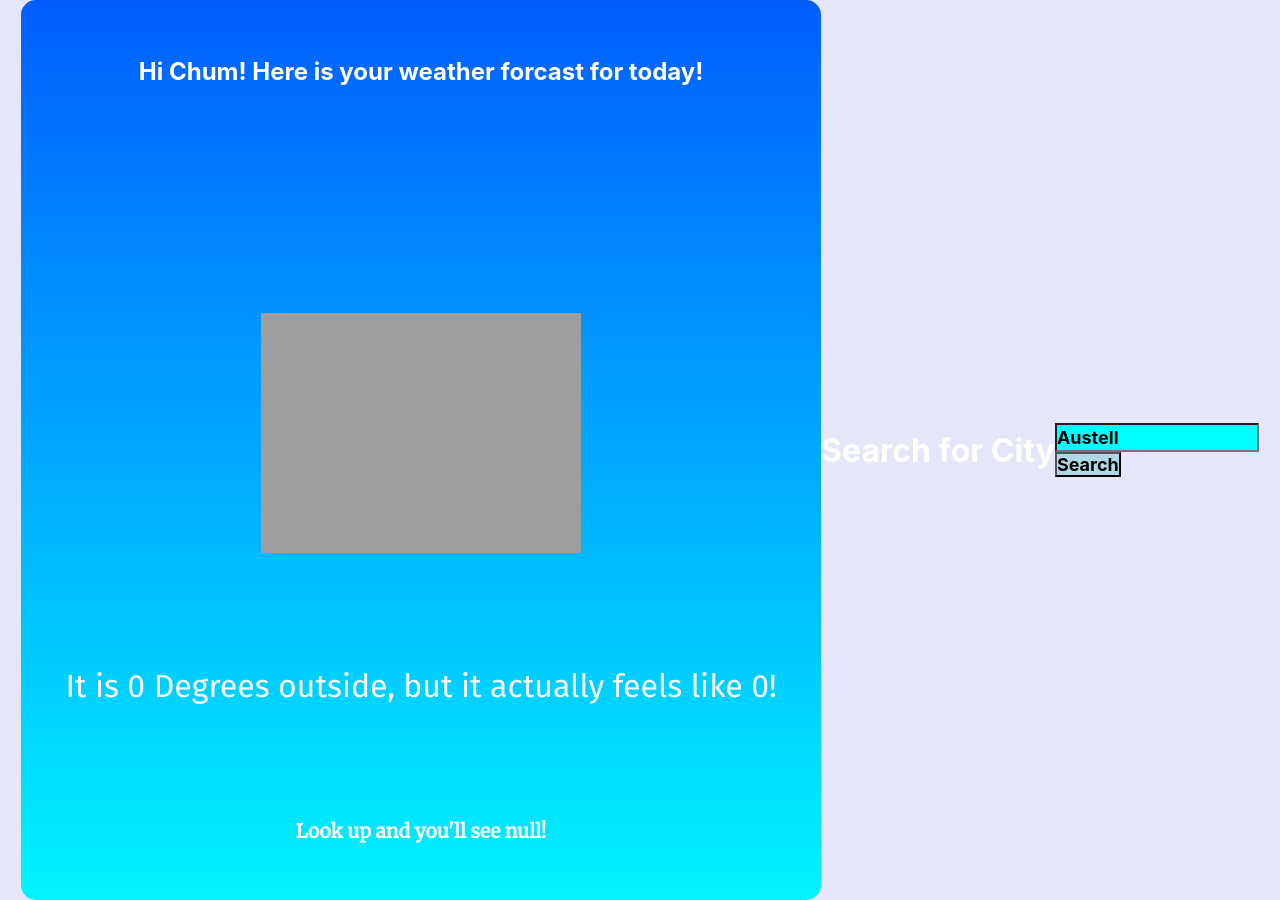
Repository: sayrilamar/chumsweatherapp
Page: /
The author's editor kept a copy of each file at every save. The page is drawn from the files as they stood at one save, then again after the next save.
The browser window is 1280 px wide. The pictures show the whole page.
Pictures or frames that could not be fetched are drawn as grey boxes. The page's requests for data from a server got no answer. The project was rebuilt for these pictures with package versions that can differ from the ones it lists, and the page was loaded fresh each time. No one was signed in, and anything a server would have sent is missing.

Above is the page before, as saved 2020-04-19 09:10:58.

### src/index.css
* {
  margin: 0;
  padding: 0;
  font-family: -apple-system, BlinkMacSystemFont, 'Segoe UI', 'Roboto', 'Oxygen',
    'Ubuntu', 'Cantarell', 'Fira Sans', 'Droid Sans', 'Helvetica Neue',
    sans-serif;
  -webkit-font-smoothing: antialiased;
  -moz-osx-font-smoothing: grayscale;
}

body {
  background: lavender
}

### src/App.js
import React, {useState, useEffect} from "react";
import "./App.css";
import WeatherCard from "./components/WeatherCard/component.js";

function App() {
  const [query,
    setQuery] = useState("Austell");
  const [weather,
    setWeather] = useState({
    temp: null,
    city: null,
    condition: null,
    country: null,
    description: null,
    feels_like: null
  });

  const data = async q => {
    const apiRes = await fetch(`http://api.openweathermap.org/data/2.5/weather?q=${q}&units=imperial&APPID=ab0ef440364092f54ff821ca2b803163`);
    const resJSON = await apiRes.json();
    return resJSON;
  };

  const handleSearch = e => {
    data(query).then(res => console.log(res));
    e.preventDefault();
    data(query).then(res => {
      setWeather({
        temp: res.main.temp,
        city: res.name,
        condition: res.weather[0].main,
        country: res.sys.country,
        description: res.weather[0].description,
        feels_like: res.main.feels_like
      });
    });
  };

  // runs once the dom is loaded for the first time only, because there is no
  // variable being watched in the dependency array
  useEffect(() => {
    data(query).then(res => {
      setWeather({
        temp: res.main.temp,
        city: res.name,
        condition: res.weather[0].main,
        country: res.sys.country,
        description: res.weather[0].description,
        feels_like: res.main.feels_like
      });
    });
  }, []);

  return (
    <div className="App">
      <div>
        <WeatherCard
          temp={Math.round(weather.temp)}
          condition={weather.condition}
          city={weather.city}
          state={weather.country}
          description={weather.description}
          feels_like={Math.round(weather.feels_like)}/>
      </div>
      <h1>Search for City</h1>
      <form>
        <div>
          <input
            className="input"
            value={query}
            onChange={e => setQuery(e.target.value)}/>
        </div>
        <div>
          <button className="button" onClick={e => handleSearch(e)}>
            Search
          </button>
        </div>
      </form>
    </div>
  );
}

export default App;

### src/App.css
@import url("https://fonts.googleapis.com/css?family=Merriweather|Fira+Sans&display=swap");


.App {
  margin: 0 auto;
  color: white;
  display: flex;
  justify-content: center;
  align-items: center;
}


h1 {
  font-weight: bold;
}

.input {
  background-color: aqua;
  font-weight: bold;
  height: 25px;
  width: 200px;
  font-size: large;
}

.button {
  height: fit-content;
  font-size: large;
  font-weight: bold;
  background-color: lightblue
}

### src/components/WeatherCard/component.js
import React from "react";
import styled from "@emotion/styled";
import Location from "./Location";
import Icon from "./Icon";
import Condition from "./Condition";

const WeatherCard = ({
    temp,
    condition,
    city,
    state,
    description,
    feels_like
}) => {
    let highColor = 0;
    let lowColor = 0;
    let bg = null;

    if (temp > 53.6) {
        highColor = (1 - (temp - 53.6) / 50.4) * 255;
        lowColor = highColor - 150;
        bg = `linear-gradient(
            to top,
            rgb(255, ${highColor}, 0),
            rgb(255, ${lowColor}, 0)
          )`;
    } else if (temp <= 53.6) {
        highColor = (1 - (temp + 4) / 89) * 255;
        lowColor = highColor - 150;
        bg = `linear-gradient(
            to top,
            rgb(0, ${highColor}, 255),
            rgb(0, ${lowColor}, 255)
          )`;
    }

    const Card = styled.div `
    margin: 0 auto;
    background: ${bg};
    width: 800px;
    height: 900px;
    display: flex;
    flex-direction: column;
    justify-content: space-around;
    align-items: center;
    border-radius: 15px;
  `;

    return (
        <Card>
            <h2>Hi Chum! Here is your weather forcast for today!</h2>
            <Location city={city} state={state}/>
            <Icon condition={condition}/>
            <Condition
                temp={temp}
                condition={condition}
                description={description}
                feels_like={feels_like}/>
        </Card>
    );
};

export default WeatherCard;

### src/components/WeatherCard/Location.js
import React from "react";
import styled from "@emotion/styled";

const Location = ({city, state}) => {
  const Container = styled.div `
    text-align: center;
  `;

  const City = styled.h1 `
    font-family: "Merriweather", sans-serif;
    font-size: 1.6rem;
  `;

  const Country = styled.h3 `
    font-family: "Fira Sans", sans-serif;
    font-size: 1.1rem;
  `;

  return (
    <Container>
      <City>{city}</City>
      <Country>{state}</Country>
    </Container>
  );
};

export default Location;

### src/components/WeatherCard/Icon.js
import React from "react";
import styled from "@emotion/styled";

// https://openweathermap.org/weather-conditions
const Icon = ({condition}) => {
  let icon;
  switch (condition) {
    case "Clouds":
      icon = `02d@2x`;
      break;
    case "Clear":
      icon = `01d@2x`;
      break;
    case "Haze":
      icon = `50d@2x`;
      break;
    case "Fog":
      icon = `50d@2x`;
      break;
    case "Tornado":
      icon = `50d@2x`;
      break;
    case "Dust":
      icon = `50d@2x`;
      break;
    case "Mist":
      icon = `50d@2x`;
      break;
    case "Snow":
      icon = `13d@2x`;
      break;
    case "Rain":
      icon = `10d@2x`;
      break;
    case "Drizzle":
      icon = `11d@2x`;
      break;
    case "Thunderstorm":
      icon = `11d@2x`;
      break;
    default:
      icon = ``;
      break;
  }

  const Icon = styled.img `
    width: 40%;
  `;

  return (<Icon src={`http://openweathermap.org/img/wn/${icon}.png`} alt="Weather Icon"/>);
};

export default Icon;

### src/components/WeatherCard/Condition.js
import React, {Fragment} from "react";
import styled from "@emotion/styled";

const Condition = ({temp, condition, description, feels_like}) => {
  const Temp = styled.h1 `
    font-family: "Fira Sans", sans-serif;
    font-size: 2rem;
    font-weight: 200;
  `;

  const State = styled.h3 `
    font-family: "Merriweather", sans-serif;
    font-size: 1.2rem;
  `;

  return (
    <Fragment>
      <Temp>
        It is {temp + " "}
        Degrees outside, but it actually feels like {feels_like}!
      </Temp>
      <State>{"Look up and you'll see " + description + "!"}</State>
    </Fragment>
  );
};

export default Condition;

Loaded but not shown: public/index.html (common file); src/index.js (common file); src/serviceWorker.js (common file)

After the next save:
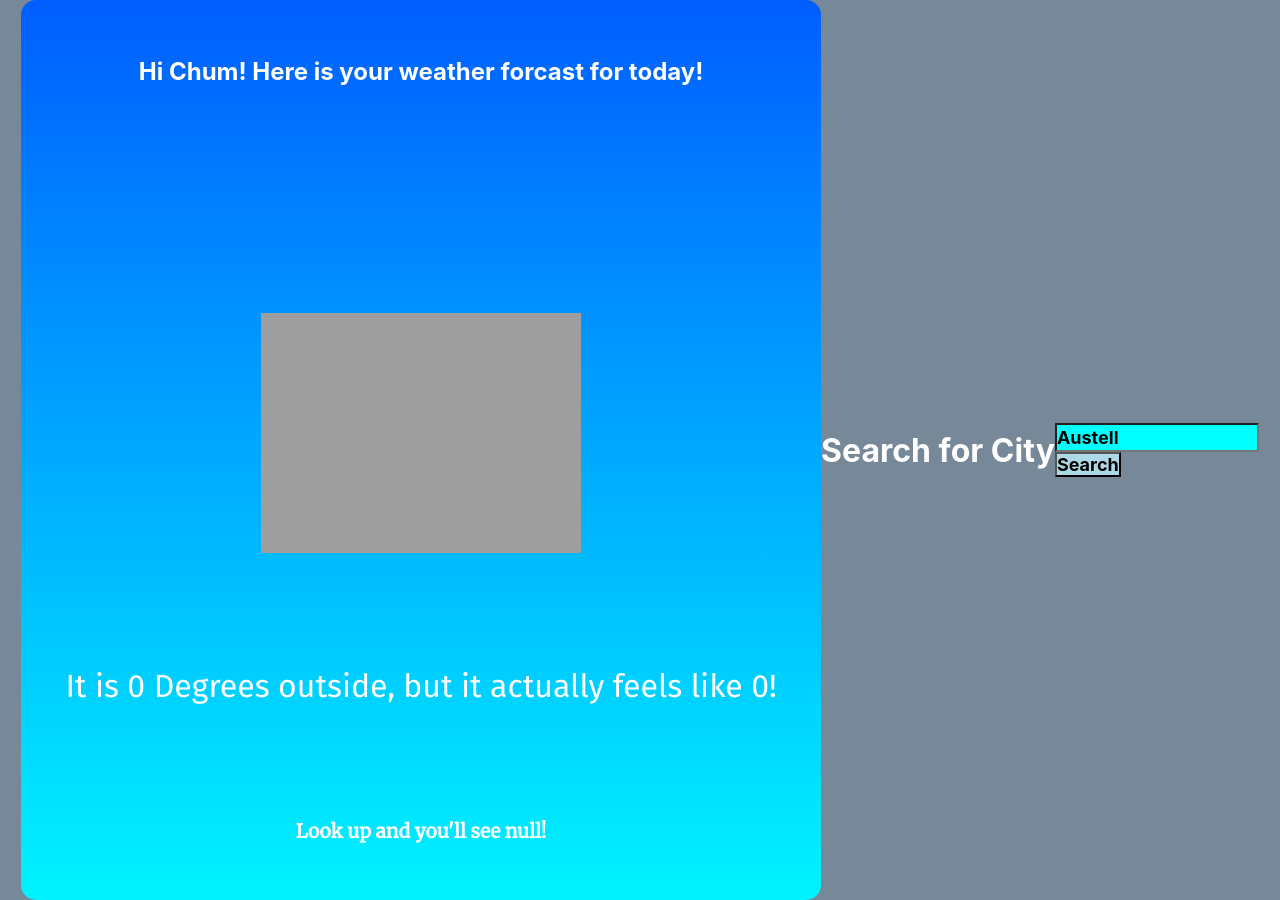
Saved 30 s later.
--- a/src/index.css
+++ b/src/index.css
@@ -9,5 +9,5 @@
 }
 
 body {
-  background: lavender
+  background: lightslategrey
 }
